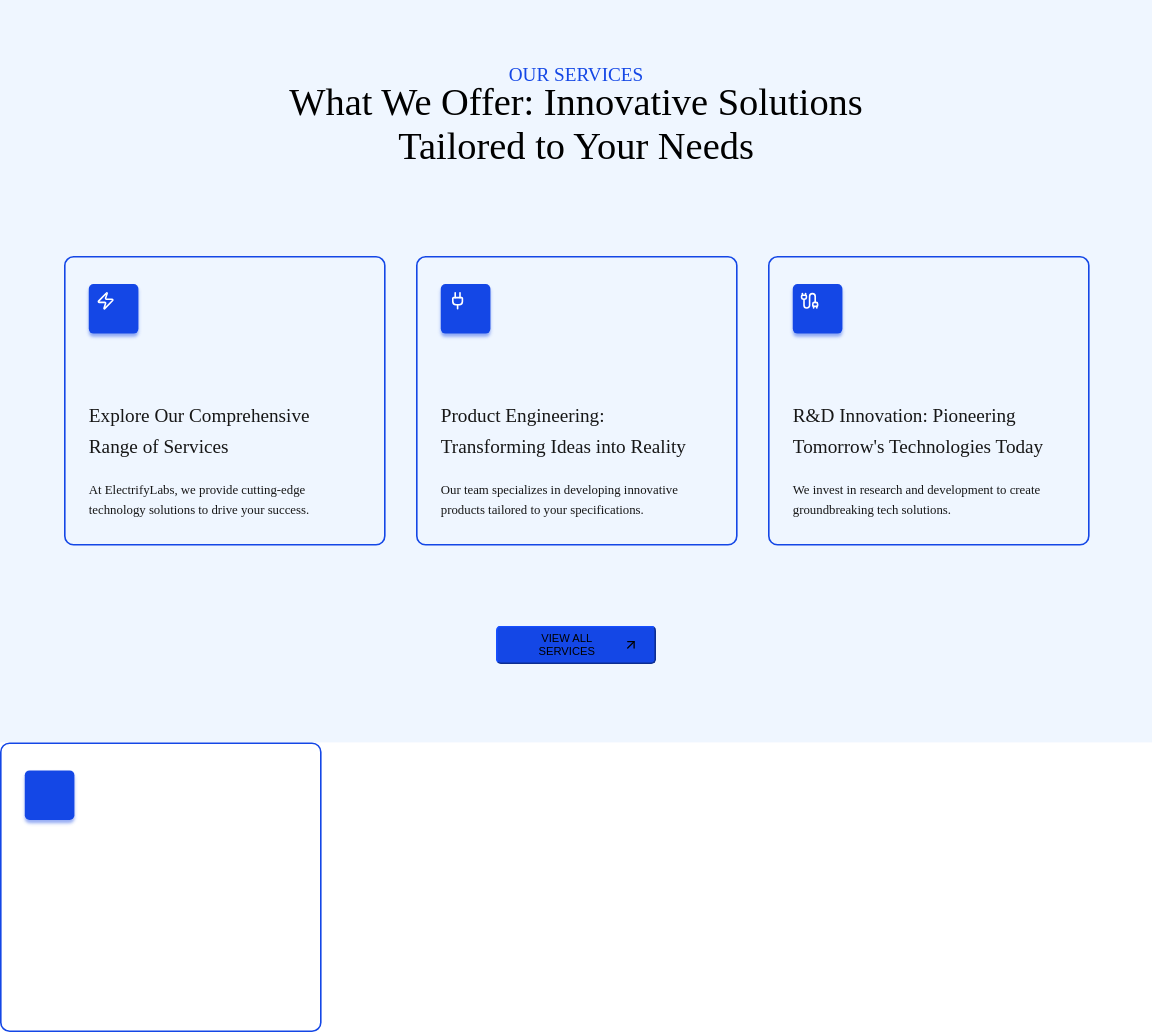
Repository: neelpatel6262/electrifylabs_homepage
Page: /
The author's editor kept a copy of each file at every save. The page is drawn from the files as they stood at one save, then again after the next save.
The browser window is 1280 px wide. The page is 1440 px wide, so the pictures cover 1440 px, including what lies to the right of the window. The pictures show the whole page, at 80% of full size.
The project was rebuilt for these pictures with package versions that can differ from the ones it lists, and the page was loaded fresh each time. Also part of the build but not shown: vite.config.js.

Above is the page before, as saved 2026-02-20 00:05:40.

After the next save:
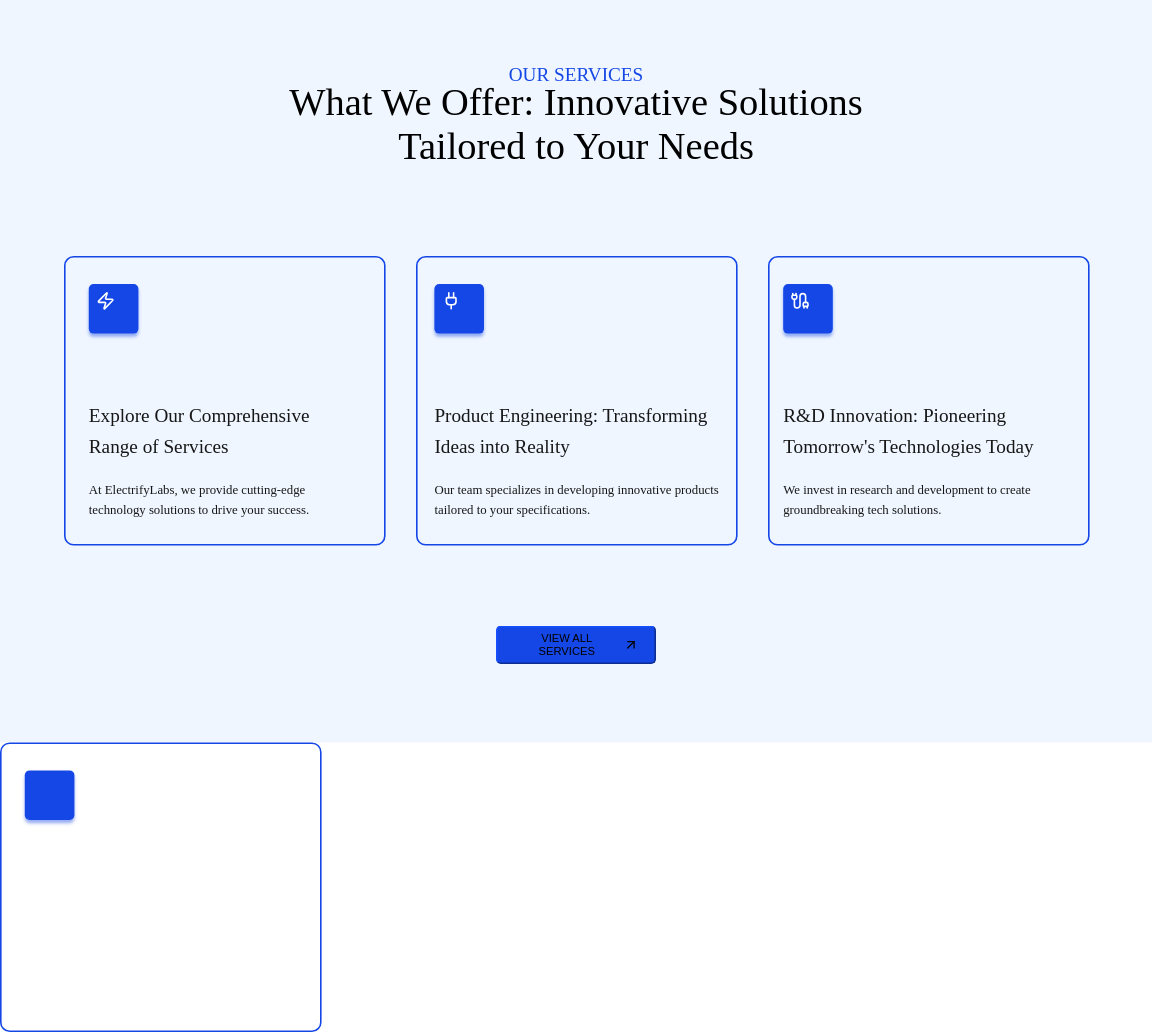
Saved 9 s later.
--- a/src/components/ServiceSection.jsx
+++ b/src/components/ServiceSection.jsx
@@ -48,6 +48,7 @@
               icon={card.icon}
               heading={card.heading}
               subheading={card.subheading}
+              cardType={card.cardType}
             />
           ))}
         </div>
